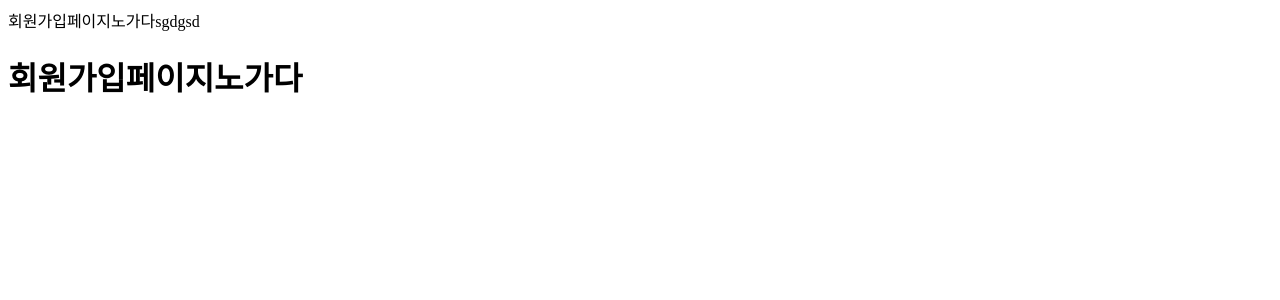
Repository: chhann/korit_back_5_web_servlet_study
Page: http://localhost/product/auth/signup.do
An editor plug-in stored every save of this project. The page is shown before and after the next save, followed by the edit.
The browser window is 1280 px wide. The pictures show the whole page.
The page is served by Tomcat 9. Other server files are loaded and not shown.

Above is the page before, as saved 2024-02-15 07:36:50.

### product/src/main/java/com/study/product/servlet/UserManagementPageServlet.java
package com.study.product.servlet;

import java.io.IOException;
import javax.servlet.ServletException;
import javax.servlet.annotation.WebServlet;
import javax.servlet.http.HttpServlet;
import javax.servlet.http.HttpServletRequest;
import javax.servlet.http.HttpServletResponse;


@WebServlet("/auth/signup.do")
public class UserManagementPageServlet extends HttpServlet {
	private static final long serialVersionUID = 1L;


    public UserManagementPageServlet() {
        super();

    }


	protected void doGet(HttpServletRequest request, HttpServletResponse response) throws ServletException, IOException {
		String html = null;

		StringBuilder builder = new StringBuilder();
		builder.append("<html>");
		builder.append("<tilte>회원가입페이지노가다sgdgsd</tilte>");
			builder.append("<head>");

			builder.append("</head>");
			builder.append("<body>");
				builder.append("<h1>회원가입페이지노가다</h1>");
			builder.append("</body>");
		builder.append("</html>");

		html = builder.toString();


		response.setContentType("text/html");
		response.getWriter().println(html);


	}



}

After the next save:
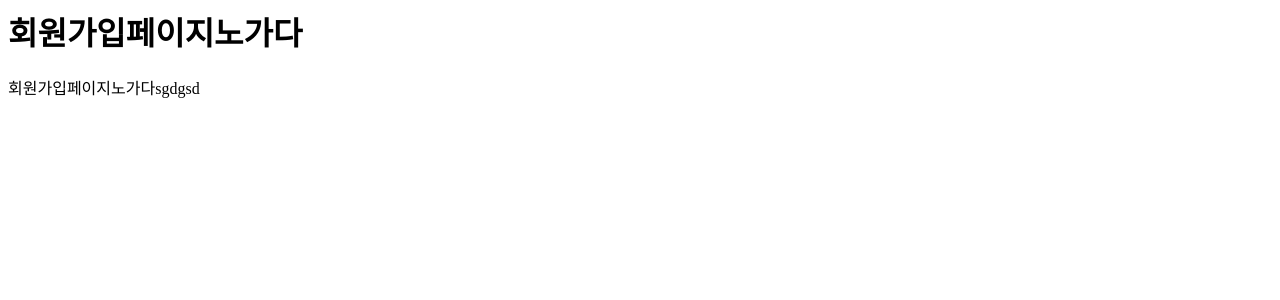
Saved 30 s later.
--- a/product/src/main/java/com/study/product/servlet/UserManagementPageServlet.java
+++ b/product/src/main/java/com/study/product/servlet/UserManagementPageServlet.java
@@ -24,12 +24,14 @@
 
 		StringBuilder builder = new StringBuilder();
 		builder.append("<html>");
-		builder.append("<tilte>회원가입페이지노가다sgdgsd</tilte>");
+
 			builder.append("<head>");
 
 			builder.append("</head>");
 			builder.append("<body>");
+
 				builder.append("<h1>회원가입페이지노가다</h1>");
+				builder.append("<tilte>회원가입페이지노가다sgdgsd</tilte>");
 			builder.append("</body>");
 		builder.append("</html>");
 

After the save that followed:
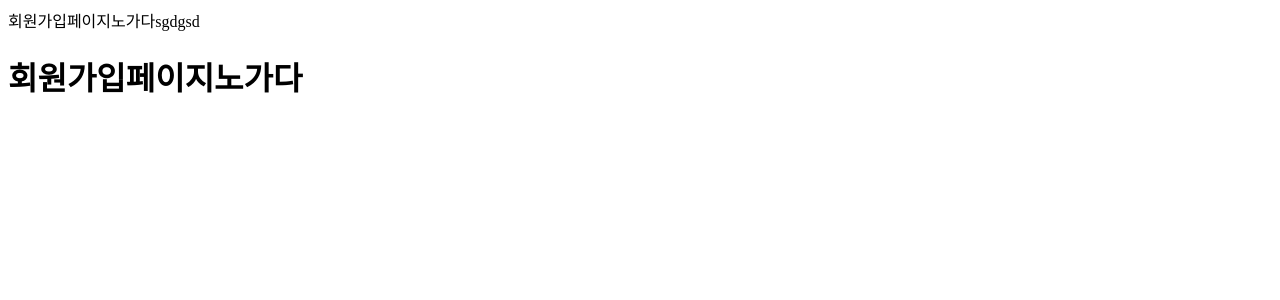
Saved 72 s later.
--- a/product/src/main/java/com/study/product/servlet/UserManagementPageServlet.java
+++ b/product/src/main/java/com/study/product/servlet/UserManagementPageServlet.java
@@ -24,19 +24,15 @@
 
 		StringBuilder builder = new StringBuilder();
 		builder.append("<html>");
-
 			builder.append("<head>");
-
+				builder.append("<tilte>회원가입페이지노가다sgdgsd</tilte>");
 			builder.append("</head>");
 			builder.append("<body>");
-
 				builder.append("<h1>회원가입페이지노가다</h1>");
-				builder.append("<tilte>회원가입페이지노가다sgdgsd</tilte>");
 			builder.append("</body>");
 		builder.append("</html>");
 
 		html = builder.toString();
-
 
 		response.setContentType("text/html");
 		response.getWriter().println(html);
